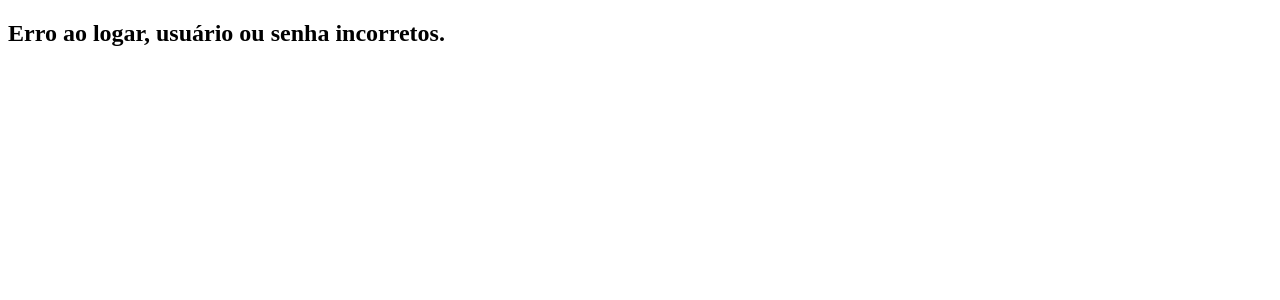
Repository: gabrielriguiti/CursoJavaWeb
Page: http://localhost/SistemaLogin/errodeusuario.jsp
The author's editor kept a copy of each file at every save. The page is drawn from the files as they stood at one save, then again after the next save.
The browser window is 1280 px wide. The pictures show the whole page.
The page is served by Tomcat 9. Other server files are loaded and not shown.

Above is the page before, as saved 2021-05-03 23:10:00.

### SistemaLogin/src/main/webapp/errodeusuario.jsp
<%@ page language="java" contentType="text/html; charset=ISO-8859-1"
    pageEncoding="ISO-8859-1"%>
<!DOCTYPE html>
<html>
<head>
<meta charset="ISO-8859-1">
<title>Erro de Login</title>
</head>
<body>

<h2>Erro ao logar, usuário ou senha incorretos.</h2>

</body>
</html>

After the next save:
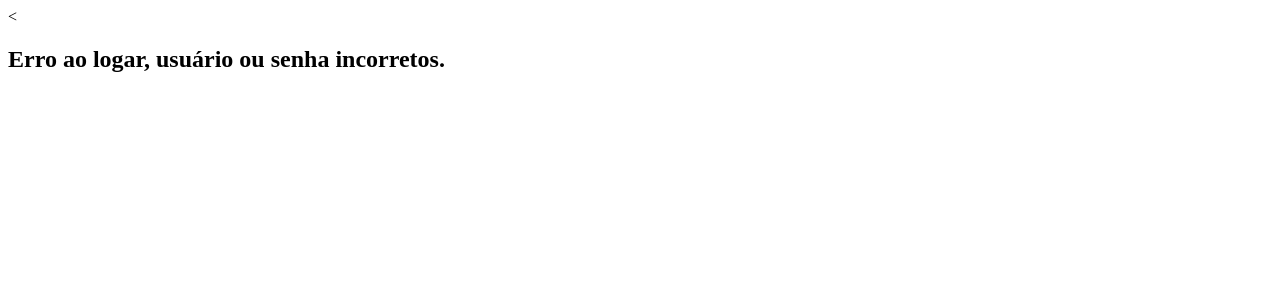
Saved 3 days later.
--- a/SistemaLogin/src/main/webapp/errodeusuario.jsp
+++ b/SistemaLogin/src/main/webapp/errodeusuario.jsp
@@ -1,3 +1,6 @@
+<%@ page isErrorPage="true" %>
+<
+
 <%@ page language="java" contentType="text/html; charset=ISO-8859-1"
     pageEncoding="ISO-8859-1"%>
 <!DOCTYPE html>
